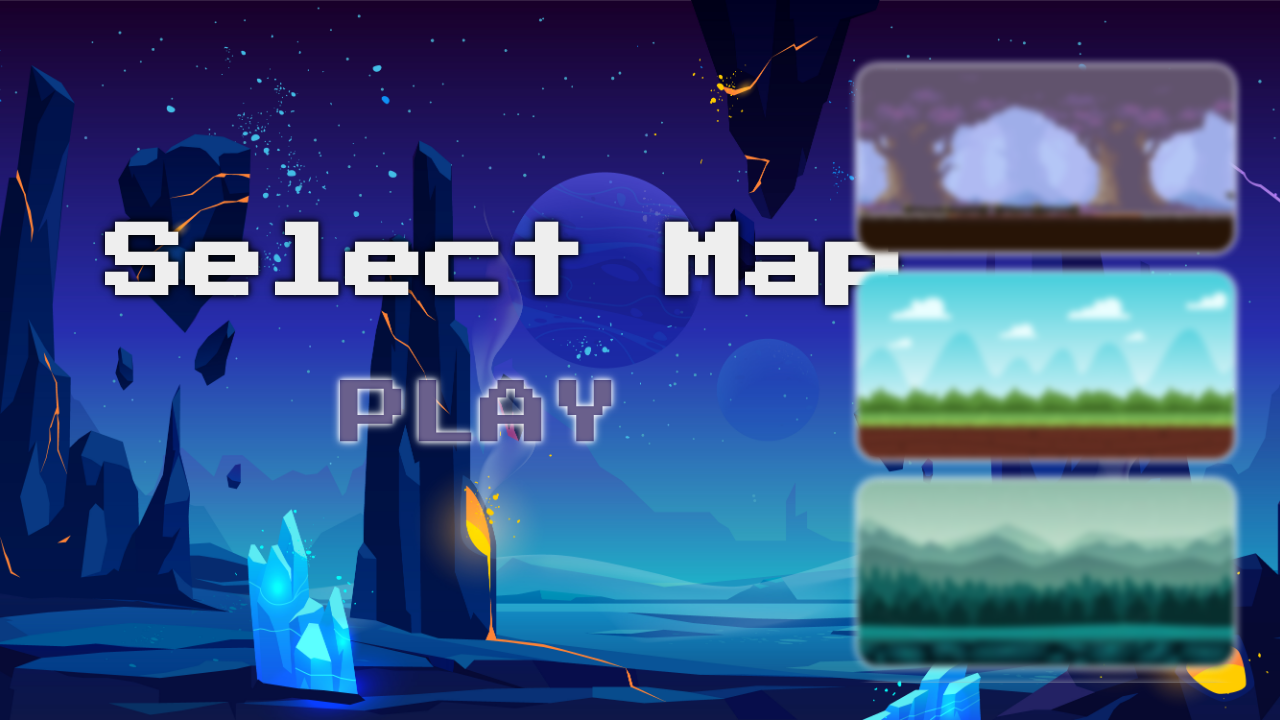
Repository: Gaurav31052/Fighting-game
Page: home.html
The author's editor kept a copy of each file at every save. The page is drawn from the files as they stood at one save, then again after the next save.
The browser window is 1280 px wide. The pictures show the whole page.
An inner scrolling area shows only its first screen.

Above is the page before, as saved 2024-06-06 23:47:25.

### home.html
<!DOCTYPE html>
<html lang="en">

<head>
    <meta charset="UTF-8">
    <meta name="viewport" content="width=device-width, initial-scale=1.0">
    <title>Document</title>
    <link href="https://fonts.googleapis.com/css2?family=Press+Start+2P&display=swap" rel="stylesheet">
    <link rel="stylesheet" href="style.css">
</head>

<body>


    <!-- carousel -->
    <div class="carousel">
        <!-- list item -->
        <div class="list">
            <div class="item">

                <div class="MapName">
                   <h1 id="name">Select Map</h1>
                </div>

                <img id="mainbox" src="img/home.jpg" alt="">

                <button id="btn"><a href='game.html'>PLAY</a></button>
            </div>

        </div>


        <!-- list thumnail -->
        <div class="thumbnail" id="about">

            <div class="item" id="bg1"><img class="myimg" src="./img/background1.jpg" alt=""></div>
            <div class="item" id="bg2"><img class="myimg" src="./img/background2.jpg" alt=""></div>
            <div class="item" id="bg3"><img class="myimg" src="./img/background3.jpg" alt=""></div>
            <div class="item" id="bg4"><img class="myimg" src="./img/background4.jpg" alt=""></div>
            <div class="item" id="bg5"><img class="myimg" src="./img/background5.jpg" alt=""></div>
            <div class="item" id="bg6"><img class="myimg" src="./img/background6.jpg" alt=""></div>
            <!-- <div class="item"><img src="img/background.jpg" alt=""></div>
                <div class="item"><img src="img/background.jpg" alt=""></div>
                <div class="item"><img src="img/background.jpg" alt=""></div>
                <div class="item"><img src="img/background.jpg" alt=""></div>
                <div class="item"><img src="img/background.jpg" alt=""></div> -->

        </div>


    </div>

    <script src="home.js"></script>

</body>

</html>

### style.css

body {
    margin: 0;
    background-color: #000;
    color: #eee;
    font-family: Poppins;
    font-size: 12px;
    overflow: hidden;
}

a {
    text-decoration: none;
    color: #14074ba2;
}

/* carousel */
.carousel {
    height: 100vh;
    width: 100vw;
    overflow: hidden;
    position: relative;
}

.carousel .list .item {
    width: 100%;
    height: 100%;
    position: absolute;
    inset: 0 0 0 0;

}

.carousel .list .item img {
    width: 100%;
    height: 100%;
    object-fit: cover;

}

.carousel .list .item button {

    position: absolute;
    top: 50%;
    left: 25%;
    font-size: 70px;
    font-family: "Press Start 2P", system-ui;
    text-align: center;
    /* padding-top: 100px; */
    text-shadow: 0 0 10px #fffdfd, 0 0 5px #ffffff;
   padding: 20px;
    background: transparent;
    border: none;
}
#btn{


}
#btn:hover{
    border: 4px solid black;
    border-radius: 50px;
    background-color: white;

}

.MapName {
    /* background: red; */
    position: absolute;
    height: 130px;
    width: 830px;
    top: 200px;
    left: 90px;
    display: flex;
    justify-content: space-around;
    align-items: center;
    font-family: "Press Start 2P", system-ui;
    text-shadow: 0 0 10px #000000, 0 0 5px #000000;
}
.MapName>h1{
    font-size: 80px;
}



/* thumbail */
.thumbnail {
    position: absolute;
    top: 6%;
    left: 65%;
    width: max-content;
    z-index: 100;
    gap: 15px;
    width: 460px;
    height: 615px;
    overflow: scroll;
    padding: 5px;
    padding-top: 20px;

    scroll-behavior: initial;
    display: flex;
    flex-direction: column;
    align-items: center;

}

.thumbnail .item {
    width: fit-content;
    flex-shrink: 0;
    position: relative;
    list-style-type: none;
    padding: 3px;
}

#about {
    scrollbar-width: none;
}

.thumbnail .item img {
    width: 90%;
    height: 100%;
    object-fit: cover;
    border-radius: 20px;
    box-shadow: 0 0 5px #fff, 0 0 5px #fff, 0 0 5px #fff, 0 0 5px #fff;
}

.myimg {
    filter: blur(3px);
}

.myimg:hover {
    filter: none;
    scale: 1.1;
    transition: 0.5s ease-in;
}

#leftimg {
    scale: 4;
}

#rightimg {
    scale: 3;
}

### home.js
let userchoice;

const setmap = document.getElementById("mainbox");
const choices = document.querySelectorAll(".myimg");
choices.forEach((e) => {
    e.addEventListener("click", () => {
        userchoice = e.getAttribute("src");
        setmap.src = userchoice;
        localStorage.setItem(1,userchoice);
        console.log(userchoice);
        if(userchoice === "./img/background1.jpg"){
            document.getElementById('name').innerHTML = "Bloom";
        }
        else if(userchoice === "./img/background2.jpg"){
            document.getElementById('name').innerHTML = "Skyris";
        }
        else if(userchoice === "./img/background3.jpg"){
            document.getElementById('name').innerHTML = "Night Hawl";
        }
        else if(userchoice === "./img/background4.jpg"){
            document.getElementById('name').innerHTML = "Caves";
        }
        else if(userchoice === "./img/background5.jpg"){
            document.getElementById('name').innerHTML = "Bind";
        }
        else if(userchoice === "./img/background6.jpg"){
            document.getElementById('name').innerHTML = "Forest";
        }
    })
});

var home_music =new Audio("./audio/background sound.mp3");
home_music.play();
home_music.loop=true;
home_music.volume=0.1;

After the next save:
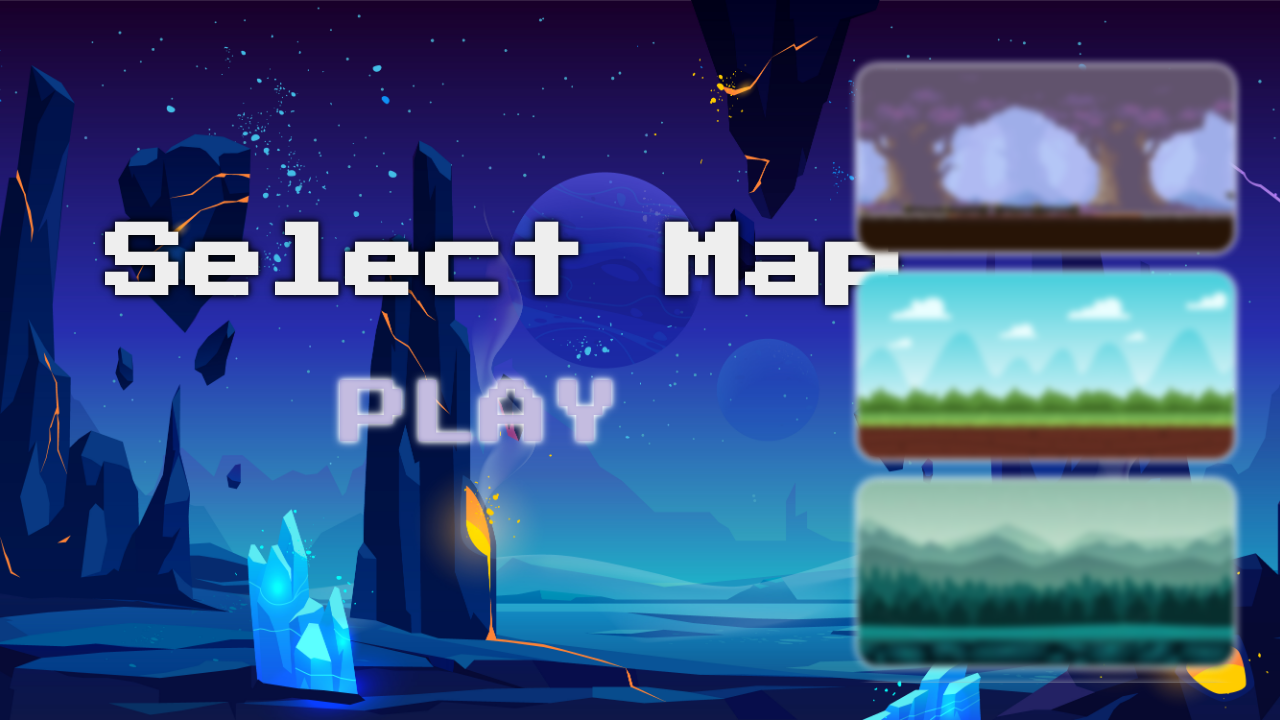
Saved 27 s later.
--- a/style.css
+++ b/style.css
@@ -10,7 +10,7 @@
 
 a {
     text-decoration: none;
-    color: #14074ba2;
+    color: #a297d0a2;
 }
 
 /* carousel */

After the 2 saves that followed:
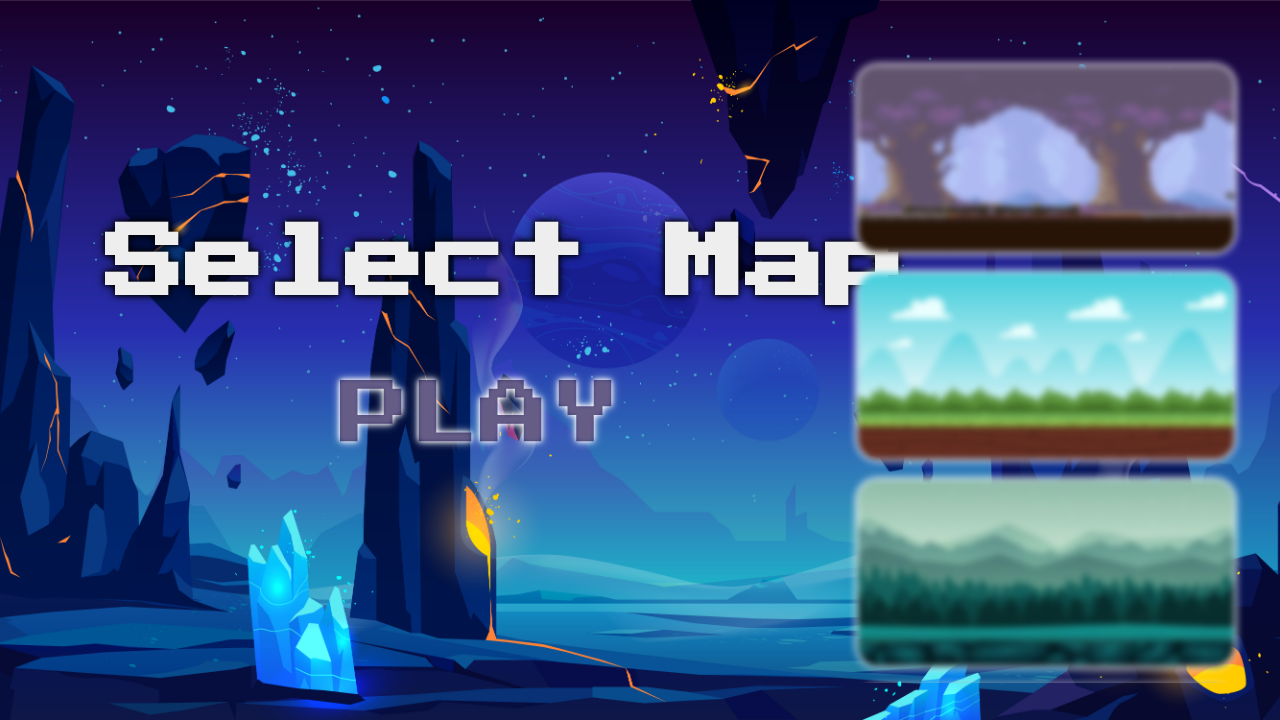
The 2 saves are shown as one change because they came seconds apart.
The last was saved 8 s later.
--- a/style.css
+++ b/style.css
@@ -10,7 +10,7 @@
 
 a {
     text-decoration: none;
-    color: #a297d0a2;
+    color: #0e0144a2;
 }
 
 /* carousel */
